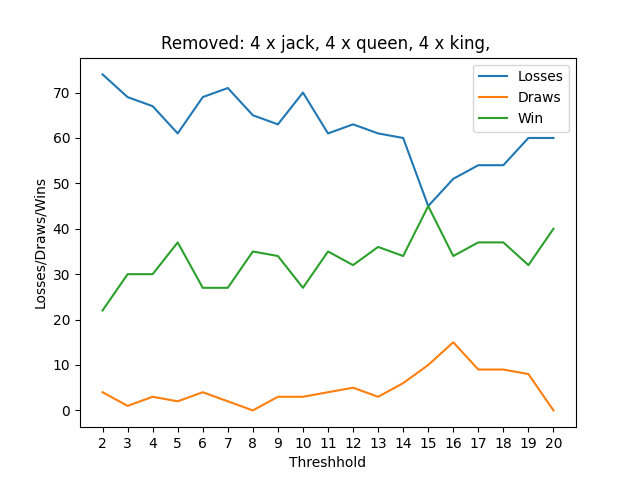
Repository: hosua/blackjack-cs241
Script's output: python main.py
The author's editor kept a copy of each file at every save. The script's output is drawn from the files as they stood at one save, then again after the next save.
Random numbers start from a fixed seed.

Above is the script's output before, as saved 2022-12-12 15:09:26.

### main.py
'''
A simple blackjack game
'''

import time
import collections
from card_style import make_card
from card_engine import *
from matplotlib import pyplot as plt
import tester
import numpy as np


if __name__ == "__main__":
    # number of trials
    trials = 100


    """ run without modified deck """
    # stats_dict = tester.run(trials)

    """ run with modified deck """
    # ranks = ["Ace", "9", "8"]
    # frequencies = [4, 3, 2]

    # remove all face cards
    ranks = ["jack", "queen", "king"]
    frequencies = [4, 4, 4]

    stats_dict = tester.run_with_modified_deck(trials, ranks, frequencies)

    tester.print_stats_dict(stats_dict)

    np_thresh, np_loss, np_draw, np_win = tester.get_data_lists(stats_dict)

    # Generate datetime string to use as output filename
    dt_str = tester.get_datetime()

    tester.graph_data(trials, np_thresh, np_loss, np_draw, np_win, ranks, frequencies, dt_str)

    tester.dump_json(stats_dict, dt_str)

### card_style.py
def make_card(card):
    look = []
    rank = card.get_rank()
    suit = card.get_suit()
    look.append("┌─────────┐")
    look.append("|{}       |")
    look.append("|    .    |")
    look.append("|   / \   |")
    look.append("|  (_ _)  |")
    look.append("|    |    |")
    look.append("|       {}|")
    look.append("└─────────┘")

    covered = []
    covered.append("┌─────────┐")
    covered.append("|\ ~ ~ ~ /|")
    covered.append("| }}}:{{{ |")
    covered.append("| }}}:{{{ |")
    covered.append("| }}}:{{{ |")
    covered.append("| }}}:{{{ |")
    covered.append("|/ ~ ~ ~ \|")
    covered.append("└─────────┘")

    if suit == "C" and rank == "Covered":
        return covered

    rank_len = len(rank)
    if rank_len == 1:
        x = ("|", rank, "        |")
        look[1] = "".join(x)
        x = ("|       ", rank, " |")
        look[6] = "".join(x)

    if rank_len == 2:
        x = ("|", rank, "       |")
        look[1] = "".join(x)
        x = ("|       ", rank, "|")
        look[6] = "".join(x)

    if rank_len > 2:
        x = ("|", rank[:1], "        |")
        look[1] = "".join(x)
        x = ("|       ", rank[:1], " |")
        look[6] = "".join(x)

    if suit == "Diamonds":
        look[2] = "|    ^    |"
        look[3] = "|   / \   |"
        look[4] = "|   \ /   |"
        look[5] = "|    .    |"

    if suit == "Clubs":
        look[2] = "|    _    |"
        look[3] = "|   ( )   |"
        look[4] = "|  (_'_)  |"
        look[5] = "|    |    |"

    if suit == "Hearts":
        look[2] = "|   _ _   |"
        look[3] = "|  ( v )  |"
        look[4] = "|   \ /   |"
        look[5] = "|    .    |"


    return look

def make_cover(card):

    covered = []
    covered.append("┌─────────┐")
    covered.append("|\ ~ ~ ~ /|")
    covered.append("| }}}:{{{ |")
    covered.append("| }}}:{{{ |")
    covered.append("| }}}:{{{ |")
    covered.append("| }}}:{{{ |")
    covered.append("|/ ~ ~ ~ \|")
    covered.append("└─────────┘")

    return look

### card_engine.py
'''
Card engine that generates a deck of cards
'''
from card_style import make_card
import random

# Dicts for suits and ranks of cards
SUITS = {0: "Clubs",
         1: "Diamonds",
         2: "Hearts",
         3: "Spades"
        }

RANKS = {1: "Ace",
         2: "2",
         3: "3",
         4: "4",
         5: "5",
         6: "6",
         7: "7",
         8: "8",
         9: "9",
         10: "10",
         11: "Jack",
         12: "Queen",
         13: "King"
        }

# Creates a card object
class Card:
    def __init__(self, suit, rank):
        self.suit = suit
        self.rank = rank

    def get_suit(self):
        return self.suit

    def get_rank(self):
        return self.rank

# Creates a deck object, init a fresh new deck when created
class Deck:
    def __init__(self, name):
        self.name = name
        self.deck = []
        self.create_deck()

    # Creates the deck by adding cards into self.deck
    def create_deck(self):
        # Refreshes the deck
        self.deck = []

        # Add cards to the deck
        for i in range(len(SUITS)):
            for j in range(1, 14):
                self.deck.append(Card(SUITS[i], RANKS[j]))

        self.shuffle()

    """
    Remove cards by rank from the deck
    input dict format =  {
        {rank: freq},
        {rank: freq},
           .
           .
           .
    }
    """
    def remove_from_deck(self, card_types: dict):

        for rank in card_types:
            freq = card_types[rank]
            for card in self.deck:
                if card.rank.lower() == rank.lower():
                    self.deck.remove(card)
                    freq -= 1
                if freq == 0:
                    break

    # Shuffle the deck
    def shuffle(self):
        random.shuffle(self.deck)
        return self.deck

    # Show all cards in current deck, passes choice argument for face up or down cards
    def show_info(self, choice=''):
        if len(self.deck) == 0:
            print("\nNo cards left in deck, resetting deck")
            self.create_deck()

        elif choice == 'u':
            print_neutral(self.deck)
        elif choice == 'd':
            print_face_down(self.deck)

        #print("------------------")
        #for i in range(len(self.deck)):
        #    print(self.deck[i].get_rank(), "of", self.deck[i].get_suit())
        #print("------------------")

    # Returns the no. of cards in the deck
    def get_len_deck(self):
        return len(self.deck)

    # Pop a card from deck and returns a card
    def draw_card(self):
        if len(self.deck) == 0:
            print("\nNo cards left in deck, resetting deck.")
            self.create_deck()
        else:
            drawn_card = self.deck.pop()
            # print("\nYou drew a card. (Show hand to show card drawn)")

            return drawn_card

    # Pop a specified no. of cards and return a list of cards
    def draw_cards(self, num_cards):
        drawn_cards = []
        if len(self.deck) < num_cards:
            print("\nNot enough cards left in deck, resetting deck.")
            self.create_deck()
        else:
            for i in range(num_cards):
                drawn_cards.append(self.deck.pop())
            # print("\nCards drawn. (Show hand to show cards drawn)")

        return drawn_cards

# Create cards on hand, optional: takes a list of cards as argument
class Hand:
    def __init__(self, hand=None):
        if hand is None:
            self.hand = []
        else:
            self.hand = hand

    def get_hand(self):
        return self.hand

    # Append a card to the list of cards in hand
    def add_card(self, card):
        self.hand.append(card)

    # Append a list of cards to the list of cards in hand
    def add_cards(self, cards):
        self.hand.extend(cards)

    # Show all the cards in hand
    def show_info(self, num=0):
        if len(self.hand) == 0:
            print("\nNo cards in hand")
        elif len(self.hand) == 1:
            if num > 0:
                self.hand[0] = Card("C", "Covered")
                print("\nCards in hand:")
                print("\n".join(map("".join, zip((make_card(self.hand[0]))))))
        else:
            if num > 0:
                print_neutral(card_specified(self.hand, num))
            else:
                print_neutral(self.hand)

       # print("------------------")
       # for i in range(len(self.hand)):
       #     print(self.hand[i].get_rank(), "of", self.hand[i].get_suit())
       # print("------------------")

    # Returns the no. of cards on hand
    def get_len_hand(self):
        return len(self.hand)

    # Clears cards in hand
    def reset_hand(self):
        self.hand = []


# Returns a list of card with specified number of face up and face down cards
def card_specified(cards, num):
    opened_list = []
    closed_list = []

    # Add face up cards to opened_list
    for x in range(len(cards) - num):
        opened_list.append(cards[x])

    # Add face down cards to closed_list
    for y in range(num):
        closed_list.append(Card("C", "Covered"))

    # Add face down cards into list with face up cards
    opened_list.extend(closed_list)

    return opened_list


# Prints out all cards faced up, formatted 9 per row. Takes a list of cards as argument
def print_neutral(cards):
    limit = 9    # slice end point
    start = 0    # slice start point
    length = len(cards)

    while True:
        if length < 10 and length != 0:
            print("\n".join(map("".join, zip(*(make_card(c) for c in cards[start:limit])))))
            break
        elif length == 0:
            break
        else:
            print("\n".join(map("".join, zip(*(make_card(c) for c in cards[start:limit])))))
            length -= 9
            start += 9
            limit += 9


# Prints out all cards faced down, formatted 9 per row. Takes a list of cards as argument
def print_face_down(cards):
    limit = 9   # slice end point
    start = 0   # slice start point
    covered = []
    length = len(cards)

    # Makes a new list of all face down cards
    for i in range(length):
        covered.append(Card("C", "Covered"))

    while True:
        if length < 10 and length != 0:
            print("\n".join(map("".join, zip(*(make_card(c) for c in covered[start:limit])))))
            break
        elif length == 0:
            break
        else:
            print("\n".join(map("".join, zip(*(make_card(c) for c in covered[start:limit])))))
            length -= 9
            start += 9
            limit += 9

# Resets the deck and hand
def wipe(deck, hand):
    deck.create_deck()
    hand.reset_hand()
    print("\nHand and deck resetted")

# Call to run card engine tester in main
def play():

    deck = Deck("deck")
    hand = Hand()
    print("\nWelcome to the Card Engine!")
    print("---------------------------")

    while True:
        choice = input("\n1. Show deck\n2. Show hand\n3. Draw card(s)\n4. Shuffle deck\n"
                        + "5. Reset hand & deck\nQ. Quit\n\n")
        if choice == '1':
            while True:
                user = input("\nShow faced up or down? (U for up, D for down)\n")
                if (user.lower() != 'u') and (user.lower() != 'd'):
                    continue
                else:
                    deck.show_info(user.lower())
                    break
        elif choice == '2':
            while True:
                if hand.get_len_hand() != 0:
                    user = input("\nHow many cards faced down?\n")
                    if not(user.isnumeric()):
                        continue
                    elif int(user) > hand.get_len_hand():
                        print("\nNot enough cards, pick a different number.\n")
                        continue
                    else:
                        hand.show_info(int(user))
                        break
                else:
                    hand.show_info()
                    break
        elif choice == '3':
            while True:
                user = input("\nDraw how many cards?\n")
                if not(user.isnumeric()):
                    continue
                elif int(user) == 1:
                    drew = deck.draw_card()
                    hand.add_card(drew)
                    break
                elif int(user) > 1:
                    drew = deck.draw_cards(int(user))
                    hand.add_cards(drew)
                    break
                else:
                    continue
        elif choice == '4':
            deck.shuffle()
            print("\nDeck shuffled.")
        elif choice == '5':
            wipe(deck, hand)
        elif choice.lower() == 'q':
            print("\nOkay bye.")
            quit()
        else:
            continue

### tester.py
from card_engine import *
from card_handler import *
from matplotlib import pyplot as plt
import numpy as np
import json
from datetime import datetime
import os

# Where all gathered data will be saved
SAVE_DIR = 'data'

"""
Note: If you are reading this, you should call the run() or run_with_modified_deck() functions, do not call
auto_play() directly.

Runs hit_thresh number of trials. If a card_types value is passed, remove those card_types from the deck.
Hits when below hit threshhold.

Returns values:
0 - player lost
1 - draw
2 - player win

Only plays a single game, we should probably consider setting up different game scenarios as well
to make game decisions based on the cards remaining in the deck.
"""
### TODO: learn some numpy later so we can make some nice graphs ###
# array size = 20-2 = 18
def init_stats_dict():
    stats_dict = dict()
    for i in range(2,21):
        stats_dict[i] = {'lose': 0, 'draw': 0, 'win': 0}
    return stats_dict

def print_stats_dict(d: dict):
    for key in d:
        print(f"threshhold: {key}")
        for v in d[key]:
            print(f"{v} : {d[key][v]}", end="\t")
        print()

def auto_play(hit_thresh: int, card_types: dict=None) -> int:
    # Creates deck for game
    deck = Deck("Blackjack")

    player = Hand()
    dealer = Hand()

    # modify the deck if card_types parameter passed
    if card_types:
        deck.remove_from_deck(card_types)

    dealer_start(dealer, deck)
    player_start(player, deck)
    while True:
        if total_value(player) == 21:
            dealer_open(dealer)
            if total_value(dealer) != 21:
                print("Blackjack! Player wins!\n")
                return 2
            else:
                print("Tie!\n")
                return 1
        # below threshhold, hit
        if total_value(player) < hit_thresh:
            p_hit(player, deck)
            if total_value(player) == 21:
                dealer_open(dealer)
                if total_value(dealer) == 21:
                    print("Tie!\n")
                    return 1
                else:
                    print("Blackjack! Player wins!\n")
                    return 2
            elif total_value(player) > 21:
                print("Player bust! Player loses!\n")
                return 0
        # above threshhold, stand
        else:
            if total_value(dealer) < 17:
                while total_value(dealer) < 17:
                    d_hit(dealer, deck)

                if total_value(dealer) == total_value(player):
                    print("Tie!\n")
                    return 1
                elif total_value(dealer) == 21:
                    print("Player loses!\n")
                    return 0
                elif total_value(dealer) > 21:
                    print("Dealer bust! Player wins!\n")
                    return 2
                elif total_value(dealer) > total_value(player):
                    print("Player loses!\n")
                    return 0
                else:
                    print("Player wins!\n")
                    return 2
            else:
                dealer_open(dealer)
                if total_value(dealer) == total_value(player):
                    print("Tie!\n")
                    return 1
                if total_value(dealer) == 21:
                    print("Player loses!\n")
                    return 0
                if total_value(dealer) > 21:
                    print("Dealer bust! Player wins!\n")
                    return 2
                if total_value(dealer) > total_value(player):
                    print("Player loses!\n")
                    return 0
                else:
                    print("Player wins!\n")
                    return 2


def run(trials: int) -> dict:
    stats_dict: dict
    thresh_min: int
    thresh_max: int
    res: int # 0 -> lose, 1 -> draw, 2 -> win

    stats_dict = init_stats_dict()
    thresh_min, thresh_max = 2, 20
    for thresh in range(thresh_min, thresh_max+1):
        for trial in range(trials):
            res = auto_play(thresh)
            if res == 0:
                stats_dict[thresh]['lose'] += 1
            elif res == 1:
                stats_dict[thresh]['draw'] += 1
            elif res == 2:
                stats_dict[thresh]['win'] += 1

    print(f"{trials} trials were ran with no modifications to the deck")
    return stats_dict

def run_with_modified_deck(trials: int, ranks: list[str], frequencies: list[int]) -> dict:

    if len(ranks) != len(frequencies):
        print("ERROR: length of frequences must match length of ranks")
        exit()

    card_types = dict(zip(ranks, frequencies))

    stats_dict: dict
    thresh_min: int
    thresh_max: int
    res: int # 0 -> lose, 1 -> draw, 2 -> win

    stats_dict = init_stats_dict()
    thresh_min, thresh_max = 2, 20
    for thresh in range(thresh_min, thresh_max+1):
        for trial in range(trials):
            res = auto_play(thresh, card_types)
            if res == 0:
                stats_dict[thresh]['lose'] += 1
            elif res == 1:
                stats_dict[thresh]['draw'] += 1
            elif res == 2:
                stats_dict[thresh]['win'] += 1
            else:
                print("ERROR: trial didn't result in anything!")
                exit()
    print("--------------------------------------------")
    print(f"{trials} trials were ran with the following modifications to the deck:")
    for i in range(len(ranks)):
        rank = ranks[i]
        freq = frequencies[i]
        print(f"Removed {freq} x {rank} cards\n")
    print("--------------------------------------------")
    return stats_dict

def get_data_lists(stats_dict: dict):
    thresh_lst = []
    loss_lst = []
    draw_lst = []
    win_lst = []
    for key in stats_dict:
        thresh_lst.append(key)
        loss_lst.append(stats_dict[key]['lose'])
        draw_lst.append(stats_dict[key]['draw'])
        win_lst.append(stats_dict[key]['win'])

    np_thresh = np.array(thresh_lst)
    np_loss = np.array(loss_lst)
    np_draw = np.array(draw_lst)
    np_win = np.array(win_lst)

    return np_thresh, np_loss, np_draw, np_win

def graph_data(trials: int, np_thresh, np_loss, np_draw, np_win, ranks: list[str], frequencies: list[int], dt_str: str):
    x_ticks = range(2, 21)
    y_ticks = range(0, trials, int(trials/10))
    # x = np.arange(2,20)
    # y = 2*x+5
    output = "Removed: "
    for i in range(len(ranks)):
        output += f"{frequencies[i]} x {ranks[i]}, "
    # plt.title(f"Trials: {trials}\t{output}")
    plt.title(f"{output}")
    plt.xticks(x_ticks)
    plt.yticks(y_ticks)
    plt.xlabel("Threshhold")
    plt.ylabel("Losses/Draws/Wins")
    plt.plot(np_thresh, np_loss, label='Losses')
    plt.plot(np_thresh, np_draw, label='Draws')
    plt.plot(np_thresh, np_win, label='Win')
    plt.legend(loc="upper right")
    output_fname = f"{SAVE_DIR}/{dt_str}.png"
    plt.savefig(output_fname)
    print(f"Saved graph to {output_fname}")
    plt.show()

""" Used for generating unique file name """
def get_datetime() -> str:
    curr_dt = datetime.now()
    dt_str = curr_dt.strftime("%Y-%m-%d_%H-%M-%S")
    return dt_str

""" Dump stats_dict into json file """
def dump_json(stats_dict: dict, dt_str: str):

    if not os.path.exists(SAVE_DIR):
        os.makedirs(SAVE_DIR)

    output_fname = f"{SAVE_DIR}/{dt_str}.json"

    with open(output_fname, "w") as f:
        json.dump(stats_dict, f, indent=2)
    print(f"Dumped data to {output_fname}")

### card_handler.py
import time
import collections
from card_style import make_card
from card_engine import *
import tester

def value(hand):
    value = 0
    cards = hand.get_hand()
    if len(cards[0].get_rank()) > 2 and cards[0].get_rank() != 'Ace':
        value += 10
    elif cards[0].get_rank() == 'Ace':
        value += 11
    else:
        value += int(cards[0].get_rank())
    return value

def ranks(hand):
    ranks = []
    for card in hand.get_hand():
        ranks.append(card.get_rank())
    return ranks

def duplicate(ranks):
    if len(ranks) != len(set(ranks)):
        return True
    else:
        return False

def m_aces(counter):
    dupes = []
    for key in counter.keys():
        if counter[key] > 1:
            dupes.append(key)
    if 'Ace' in dupes:
        return True
    else:
        return False

def calc_value(hand):
    value = 0
    for card in hand.get_hand():
        if len(card.get_rank()) > 2 and card.get_rank() != 'Ace':
            value += 10
        elif card.get_rank() == 'Ace':
            value += 1
        else:
            value += int(card.get_rank())
    return value

def total_value(hand):
    value = 0
    for card in hand.get_hand():
        if len(card.get_rank()) > 2 and card.get_rank() != 'Ace':
            value += 10
        elif card.get_rank() == 'Ace':
            value += 11
        else:
            value += int(card.get_rank())

        if value > 21:
            if duplicate(ranks(hand)):
                counter = collections.Counter(ranks(hand))
                if m_aces(counter):
                    value = calc_value(hand)
                    value += 10
                    if value > 21:
                        return calc_value(hand)
                else:
                    return calc_value(hand)
            else:
                return calc_value(hand)
    return value

def player_start(hand, deck):
    '''
    drew = []
    a = Card('Clubs', '5')
    b = Card('Diamonds', '3')
    drew.append(a)
    drew.append(b)
    '''
    drew = deck.draw_cards(2)
    hand.add_cards(drew)
    print('Player hand:', total_value(hand))
    hand.show_info()

def dealer_start(hand, deck):
    drew = deck.draw_cards(2)
    hand.add_cards(drew)
    print('\nDealer hand:', value(hand))
    hand.show_info(1)

def dealer_open(hand):
    print('\nDealer hand:', total_value(hand))
    hand.show_info()

def p_hit(hand, deck):
    '''
    draw = []
    a = Card('Hearts', '5')
    b = Card('Spades', '3')
    c = Card('Diamonds', 'Ace')
    draw.append(a)
    draw.append(b)
    draw.append(c)
    '''
    draw = deck.draw_card()
    hand.add_card(draw)
    print('\nPlayer hand:', total_value(hand))
    hand.show_info()

def d_hit(hand, deck):
    draw = deck.draw_card()
    hand.add_card(draw)
    print('\nDealer hand:', total_value(hand))
    hand.show_info()

After the next save:
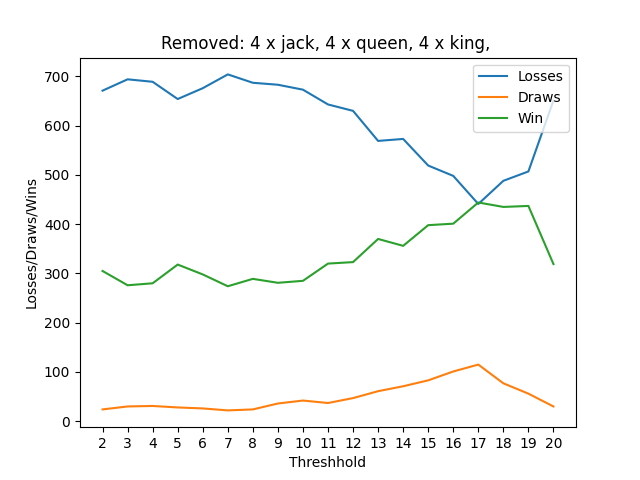
Saved 74 min 17 s later.
--- a/main.py
+++ b/main.py
@@ -13,7 +13,7 @@ import numpy as np
 
 if __name__ == "__main__":
     # number of trials
-    trials = 100
+    trials = 1000
 
 
     """ run without modified deck """
